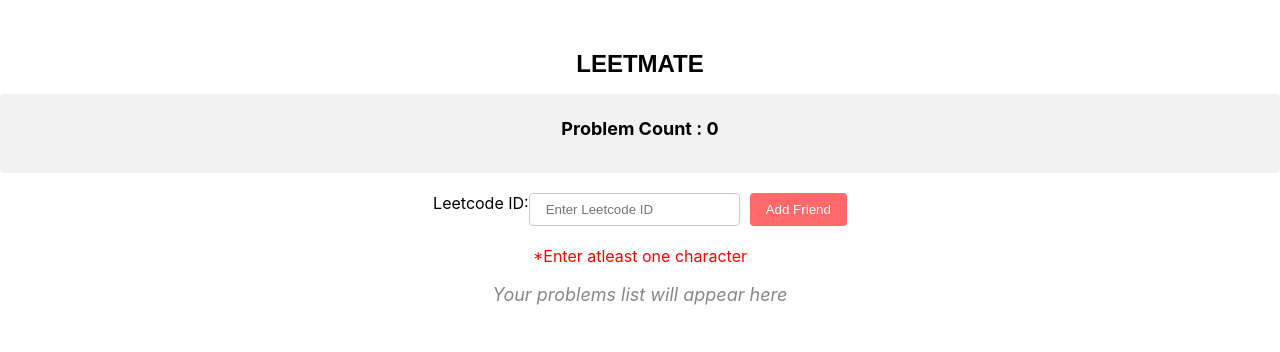
Repository: Sanketh149/leetcode-discord
Page: /
The author's editor kept a copy of each file at every save. The page is drawn from the files as they stood at one save, then again after the next save.
The browser window is 1280 px wide. The pictures show the whole page.
The project was rebuilt for these pictures with package versions that can differ from the ones it lists, and the page was loaded fresh each time. Also part of the build but not shown: src/Modal.module.css, src/Modal.js, src/Cart.module.css, src/Cart.js.

Above is the page before, as saved 2023-06-21 18:19:16.

After the next save:
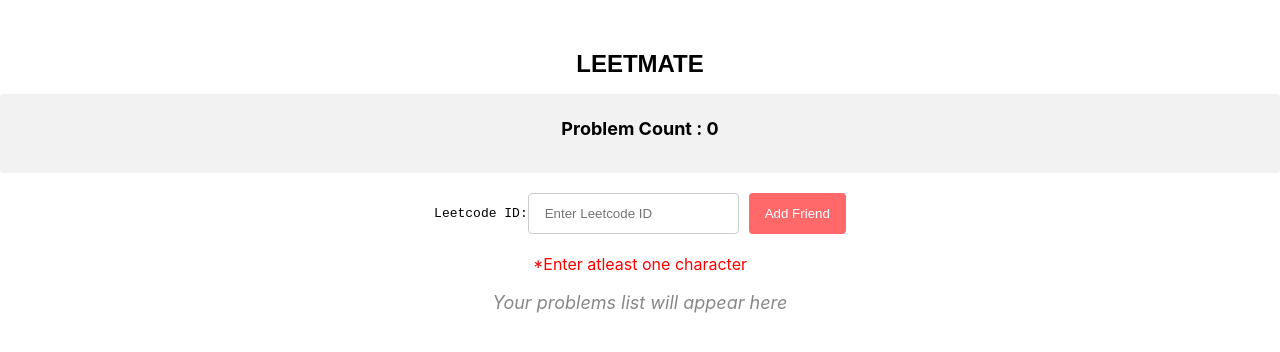
Saved 29 s later.
--- a/src/App.js
+++ b/src/App.js
@@ -86,8 +86,9 @@
         <p className="problemCount">Problem Count : {user.length}</p>
       </div>
       <form onSubmit={handleSubmit} className="app__form">
-        <label>Leetcode ID: </label>
-        {"  "}
+        <label>
+          <pre>Leetcode ID:</pre>{" "}
+        </label>
         <input
           type="text"
           value={username}
